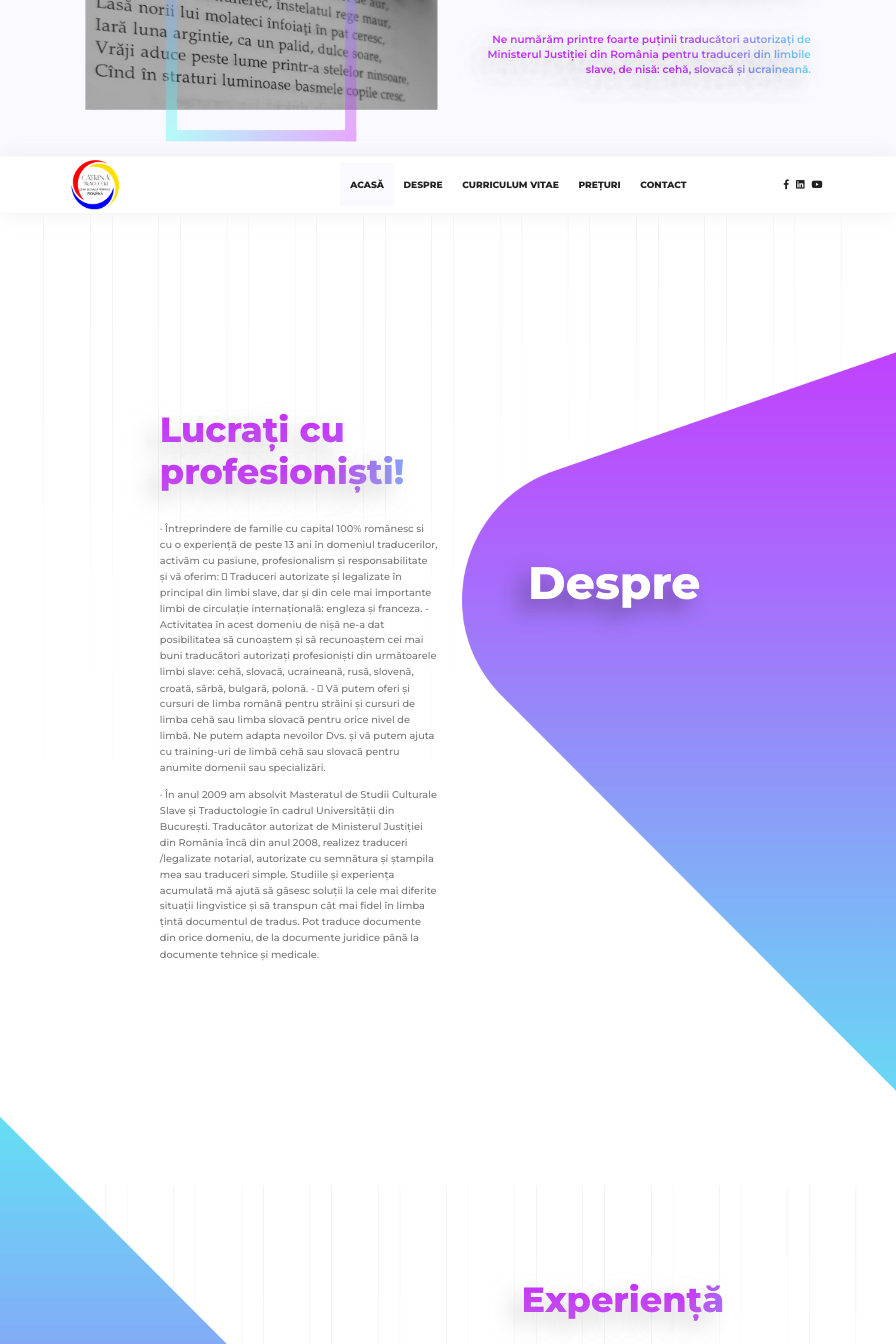
Repository: roscaImarius/site_traduceri
Page: index.html
The author's editor kept a copy of each file at every save. The page is drawn from the files as they stood at one save, then again after the next save.
The browser window is 1280 px wide. The pictures show the part of the page from y = 387 to 2307 px (the page is 7580 px tall), at 70% of full size.

Above is the page before, as saved 2022-03-17 14:55:18.

### index.html
<!DOCTYPE html>
<html lang="en" class="no-js">
  <head>
    <meta
      name="viewport"
      content="width=device-width, initial-scale=1, shrink-to-fit=no"
    />
    <meta name="author" content="CodePixar" />
    <meta name="description" content="" />
    <meta name="keywords" content="" />
    <meta charset="UTF-8" />

    <title>Traduceri</title>

    <link
      href="https://fonts.googleapis.com/css?family=Montserrat:500,600,700,800,900"
      rel="stylesheet"
    />
    <link
      href="https://fonts.googleapis.com/css?family=Open+Sans:400,600"
      rel="stylesheet"
    />
    <!-- ===========================================
		CSS Files
    ============================================= -->
    <link rel="stylesheet" href="css/font-awesome.min.css" />
    <link rel="stylesheet" href="css/bootstrap.css" />
    <link rel="stylesheet" href="css/main.css" />
  </head>

  <body class="version5" id="top">
    <div class="se-pre-con"></div>

    <!--================ Start Banner Area =================-->
    <section class="home-area" id="home">
      <div class="banner-area relative">
        <div class="container-fluid">
          <div class="row justify-content-center height align-items-center">
            <div class="col-lg-5 col-md-6 col-sm-12">
              <div class="banner-img">
                <img class="img-fluid" src="img/banner-img5.jpg" alt="" />
              </div>
            </div>
            <div class="col-lg-5 col-md-6 col-sm-12">
              <div class="banner-content text-right">
                <h4 class="mb-30 hello text-uppercase text-white">
                  Salut, noi suntem
                </h4>
                <h1 class="name">Catrina Traduceri</h1>
                <p class="mt-5 h6 pHome dark">
                  Ne numărăm printre foarte puținii traducători autorizați de
                  Ministerul Justiției din România pentru traduceri din limbile
                  slave, de nisă: cehă, slovacă și ucraineană.
                </p>
              </div>
            </div>
          </div>
        </div>
      </div>
    </section>
    <!--================Header Menu Area =================-->
    <header class="header_area" id="header5">
      <div class="main_menu">
        <nav class="navbar navbar-expand-lg">
          <div class="container-fluid">
            <!-- Brand and toggle get grouped for better mobile display -->
            <a class="navbar-brand logo_h" href="index.html"
              ><img class="logoo" src="img/logo5_1.png" alt=""
            /></a>
            <button
              class="navbar-toggler"
              type="button"
              data-toggle="collapse"
              data-target="#navbarSupportedContent"
              aria-controls="navbarSupportedContent"
              aria-expanded="false"
              aria-label="Toggle navigation"
            >
              <i class="fas fa-bars"></i>
            </button>
            <!-- Collect the nav links, forms, and other content for toggling -->
            <div
              class="collapse navbar-collapse offset"
              id="navbarSupportedContent"
            >
              <ul class="nav navbar-nav menu_nav ml-auto nav5">
                <li class="nav-item active5">
                  <a class="nav-link" href="#home">Acasă</a>
                </li>
                <li class="nav-item">
                  <a class="nav-link" href="#about">Despre</a>
                </li>
                <li class="nav-item">
                  <a class="nav-link" href="#resume">Curriculum Vitae</a>
                </li>
                <li class="nav-item">
                  <a class="nav-link" href="#portfolio">prețuri</a>
                </li>
                <li class="nav-item">
                  <a class="nav-link" href="#contact">contact</a>
                </li>
              </ul>

              <!-- SOCIAL MEDIA -->
              <ul class="nav navbar-nav social-icons">
                <li class="nav-item">
                  <a href="https://www.facebook.com/catrina.traduceri">
                    <i class="fab fa-facebook-f"></i>
                  </a>
                </li>
                <li class="nav-item">
                  <a
                    href="https://www.linkedin.com/in/ionut-catrina-405244178/"
                  >
                    <i class="fab fa-linkedin"></i>
                  </a>
                </li>
                <li class="nav-item">
                  <a href="#">
                    <i class="fab fa-youtube"></i>
                  </a>
                </li>
              </ul>
            </div>
          </div>
        </nav>
      </div>
    </header>

    <!--================ Start About Area =================-->
    <section class="about-area section-gap-top-5 relative" id="about">
      <div class="container-fluid">
        <div class="row row-reverse">
          <div class="offset-lg-2 col-lg-4 col-md-12">
            <h2 class="heading mb-40">Lucrați cu profesioniști!</h2>
            <p>
              &middot; Întreprindere de familie cu capital 100% românesc si cu o
              experiență de peste 13 ani în domeniul traducerilor, activăm cu
              pasiune, profesionalism și responsabilitate și vă oferim: 
              Traduceri autorizate și legalizate în principal din limbi slave,
              dar și din cele mai importante limbi de circulație internațională:
              engleza și franceza. - Activitatea în acest domeniu de nișă ne-a
              dat posibilitatea să cunoaștem și să recunoaștem cei mai buni
              traducători autorizați profesioniști din următoarele limbi slave:
              cehă, slovacă, ucraineană, rusă, slovenă, croată, sârbă, bulgară,
              polonă. -  Vă putem oferi și cursuri de limba română pentru
              străini și cursuri de limba cehă sau limba slovacă pentru orice
              nivel de limbă. Ne putem adapta nevoilor Dvs. și vă putem ajuta cu
              training-uri de limbă cehă sau slovacă pentru anumite domenii sau
              specializări.
            </p>
            <p class="mb-50">
              &middot; În anul 2009 am absolvit Masteratul de Studii Culturale
              Slave și Traductologie în cadrul Universității din București.
              Traducător autorizat de Ministerul Justiției din România încă din
              anul 2008, realizez traduceri /legalizate notarial, autorizate cu
              semnătura și ștampila mea sau traduceri simple. Studiile și
              experiența acumulată mă ajută să găsesc soluții la cele mai
              diferite situații lingvistice și să transpun cât mai fidel în
              limba țintă documentul de tradus. Pot traduce documente din orice
              domeniu, de la documente juridice până la documente tehnice și
              medicale.
            </p>
          </div>

          <div class="col-lg-6 p-0 col-md-12">
            <div class="right-side">
              <h2 class="text-white right-heading">Despre</h2>
            </div>
          </div>
        </div>
      </div>
    </section>

    <!--================ Start Experience Area =================-->
    <section class="experience-area relative" id="resume">
      <div class="container-fluid">
        <div class="row">
          <div class="col-lg-6 p-0 col-md-12">
            <div class="left-side">
              <h2 class="text-white indented cv left-heading">C.V.</h2>
            </div>
          </div>

          <div class="xpDiv col-lg-4 md-mr col-md-12">
            <h2 class="heading mb-80">Experiență</h2>
            <div class="resume-content">
              <div class="work-exp mb-50">
                <p>
                  Am o colaborare de lungă durată, bazată pe profesionalism, cu
                  Birouri Notariale, Tribunale, Poliția Română și numeroase
                  birouri de traduceri și firme din București și din toată țara.
                  În urma absolvirii unui curs specializat, am obținut
                  calificarea de trainer de limba română pentru străini.
                  Experiență în domeniul Proiectelor finanțate din fonduri
                  europene (POSDRU). In perioada 1.7.2010 - 1.11.2013 am ocupat
                  pozitia de Responsabil vizite de studiu – schimb de experiență
                  în cadrul unor proiecte transnaționale (între România și
                  Republica Cehă).
                </p>
              </div>

              <h2 class="heading mt-120 mb-80">Education</h2>
              <div class="study">
                <h4 class="subject">Master</h4>
                <p>
                  <span class="title">Session</span>
                  <span class="info">: 2010-11</span>
                </p>
                <p>
                  <span class="title">Result</span>
                  <span class="info">: 3.78 (In the Scale of 4.00)</span>
                </p>
              </div>

              <div class="study">
                <h4 class="subject">Bachelor</h4>
                <p>
                  <span class="title">Session</span>
                  <span class="info">: 2006-09</span>
                </p>
                <p>
                  <span class="title">Result</span>
                  <span class="info">: 3.40 (In the Scale of 4.00)</span>
                </p>
              </div>

              <div class="study">
                <h4 class="subject">Diploma</h4>
                <p>
                  <span class="title">Session</span>
                  <span class="info">: 20063-06</span>
                </p>
                <p>
                  <span class="title">Result</span>
                  <span class="info">: 4.94 (In the Scale of 5.00)</span>
                </p>
              </div>
            </div>
          </div>
        </div>
      </div>
    </section>

    <!--================ Start PRICE Area =================-->
    <section class="price-area section-gap-top-5 relative" id="portfolio">
      <div class="container-fluid">
        <div class="row row-reverse">
          <div class="divFaraPret offset-lg-2 col-lg-4 col-md-12">
            <h2 class="heading mb-40">Detalii tarife</h2>
            <h1>Text</h1>
            <p>
              Lorem ipsum dolor sit amet consectetur adipisicing elit. Tempora
              omnis rem magnam voluptatum molestiae, unde id fuga illum
              consequatur nisi? Unde voluptates quia enim ab quae consequatur.
              Doloremque amet eveniet autem hic error veniam ullam aliquid
              aperiam corrupti expedita tempora fugiat, accusantium esse alias
              ea quam architecto totam perferendis, eum excepturi consectetur,
              distinctio placeat! A iure sint corporis fuga aperiam quo incidunt
              enim aut vel totam, dolorum architecto sed placeat, doloribus quam
              fugit! Deserunt iure eligendi at laborum corrupti libero,
              molestias, aliquid hic, nihil non ad voluptatum esse molestiae
              quam culpa sit quos! Maiores molestiae ab laboriosam nam magnam,
              illo eligendi dolorem explicabo. Expedita consequatur debitis
              ratione excepturi exercitationem quam neque quaerat magni aliquid
              voluptate, velit voluptatem ut quasi facilis totam ipsa nulla unde
              assumenda perspiciatis non sequi pariatur repellat? Dicta voluptas
              magni id omnis eveniet sunt consectetur aperiam necessitatibus
              sequi tempora quos neque sit iure aspernatur deserunt atque cum,
              debitis quibusdam inventore facilis velit, consequatur nobis
              excepturi. Suscipit dolorem, quisquam quos non reiciendis, earum
              repudiandae error nobis aspernatur optio expedita eligendi atque
              odit nihil ullam cumque a sunt aperiam culpa obcaecati corporis
              iusto? Magnam sequi, necessitatibus nemo odit illo nobis aut,
              voluptas suscipit consequuntur voluptatibus nisi earum. Dolor,
              aperiam?
            </p>
          </div>

          <div class="divPreturi col-lg-6 p-0 col-md-12">
            <div class="right-side">
              <h2 class="text-white right-heading">Prețuri</h2>
            </div>
          </div>
        </div>
      </div>
    </section>

    <!--================ Start CONTACT Area =================-->
    <section class="client-area relative" id="contact">
      <div class="container-fluid">
        <div class="row">
          <div class="col-lg-6 p-0 col-md-12">
            <div class="left-side">
              <h2 class="text-white left-heading">Contact</h2>
            </div>
          </div>

          <div class="contactDiv offset-lg-2 col-lg-4 col-md-12">
            <div class="form-area text-left">
              <h5><i>Telefon:</i></h5>
              <p>+40 726 471 135 <br /></p>
            </div>

            <div class="form-area text-left">
              <h5><i>E-mail:</i></h5>
              <p>catrina.traduceri@yahoo.com</p>
            </div>

            <div class="form-area adresa text-left">
              <h5><i>Adresă:</i></h5>
              <p>
                Calea Dorobantilor nr. 135-145, bl. 10, sc. C, Ap. 156, sector
                1, Bucuresti.
              </p>
            </div>
            <img class="mapa" src="./img/mapa.png" alt="" />
            <img class="mapa" src="./img/mapa.png" alt="" />
            <img class="mapa" src="./img/mapa.png" alt="" />
          </div>
        </div>
      </div>
    </section>

    <!--= Start Scroll to Top Area ########## -->
    <div id="back-top">
      <a title="Go to Top" href="#">
        <i class="fas fa-angle-up"></i>
      </a>
    </div>

    <script src="js/vendor/jquery-2.2.4.min.js"></script>
    <!-- <script src="js/popper.min.js"></script> -->
    <script src="js/vendor/bootstrap.min.js"></script>
    <script src="js/jquery.ajaxchimp.min.js"></script>
    <script src="js/counter-up.js"></script>
    <script src="js/isotope.pkgd.min.js"></script>
    <script src="js/waypoints.min.js"></script>
    <script src="js/main.js"></script>
  </body>
</html>

Loaded but not shown: css/font-awesome.min.css (library); css/bootstrap.css (library); js/vendor/jquery-2.2.4.min.js (library); js/vendor/bootstrap.min.js (library); js/jquery.ajaxchimp.min.js (library); js/isotope.pkgd.min.js (library); js/waypoints.min.js (library); js/main.js (150 lines, source omitted); js/counter-up.js (8 lines, source omitted); css/main.css (1566 lines, source omitted)

After the next save:
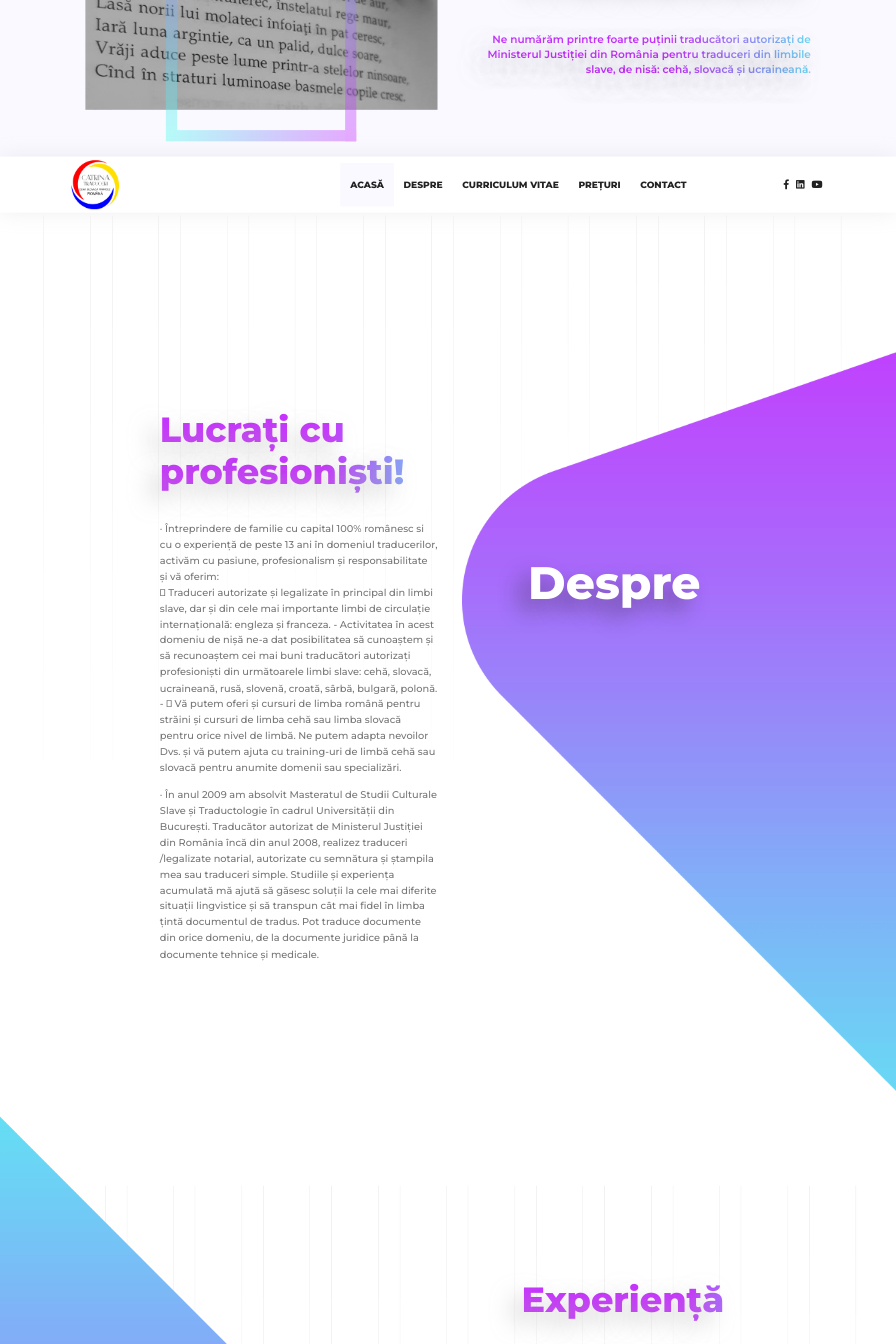
Saved 24 s later.
--- a/index.html
+++ b/index.html
@@ -136,8 +136,8 @@
             <p>
               &middot; Întreprindere de familie cu capital 100% românesc si cu o
               experiență de peste 13 ani în domeniul traducerilor, activăm cu
-              pasiune, profesionalism și responsabilitate și vă oferim: 
-              Traduceri autorizate și legalizate în principal din limbi slave,
+              pasiune, profesionalism și responsabilitate și vă oferim: <br />
+               Traduceri autorizate și legalizate în principal din limbi slave,
               dar și din cele mai importante limbi de circulație internațională:
               engleza și franceza. - Activitatea în acest domeniu de nișă ne-a
               dat posibilitatea să cunoaștem și să recunoaștem cei mai buni
